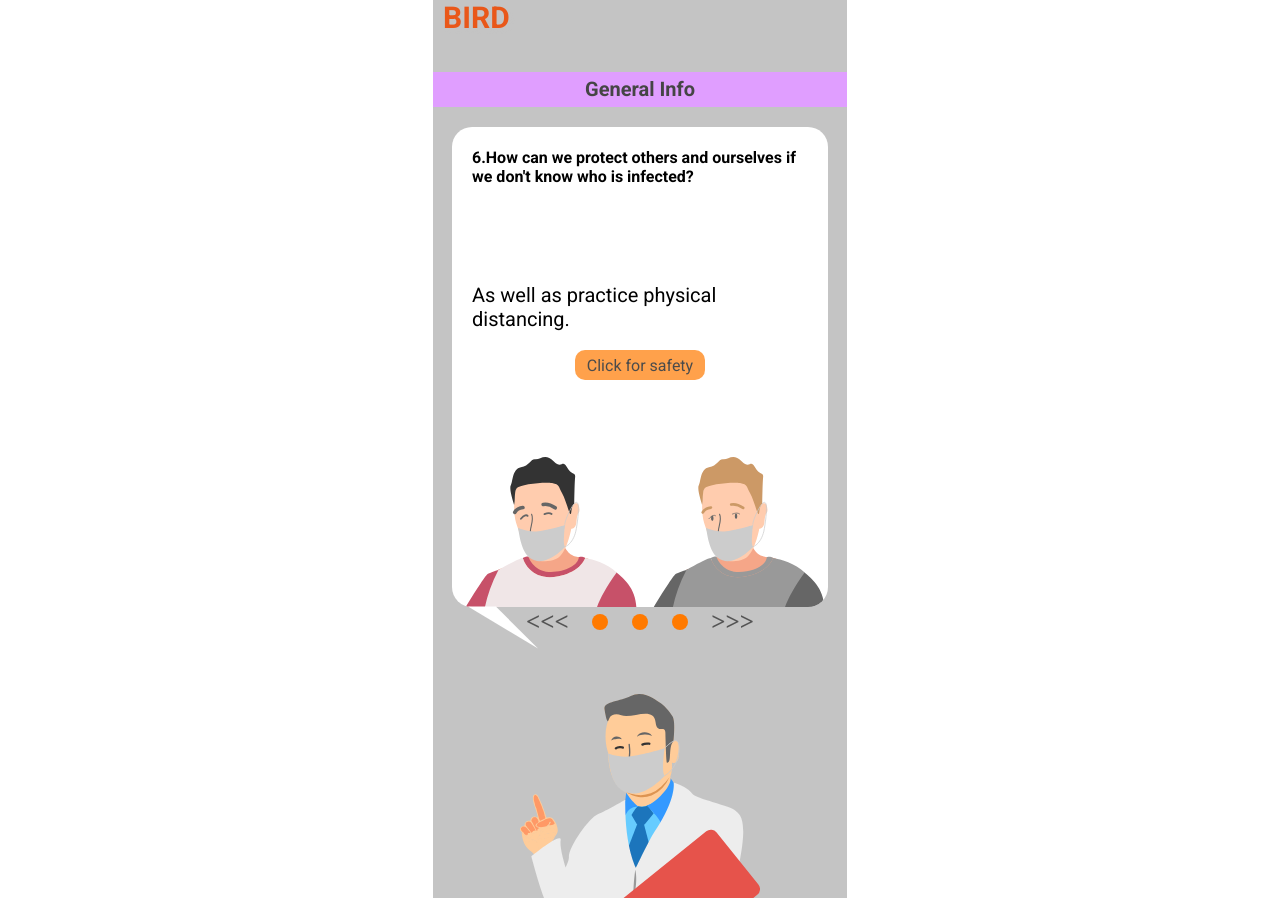
Repository: Levic559/BIRD
Page: General_info-6/3.html
An editor plug-in stored every save of this project. The page is shown before and after the next save, followed by the edit.
The browser window is 1280 px wide. The pictures show the whole page.

Above is the page before, as saved 2021-03-11 01:31:45.
Console error: TypeError: Cannot read properties of null (reading 'style')

After the next save:
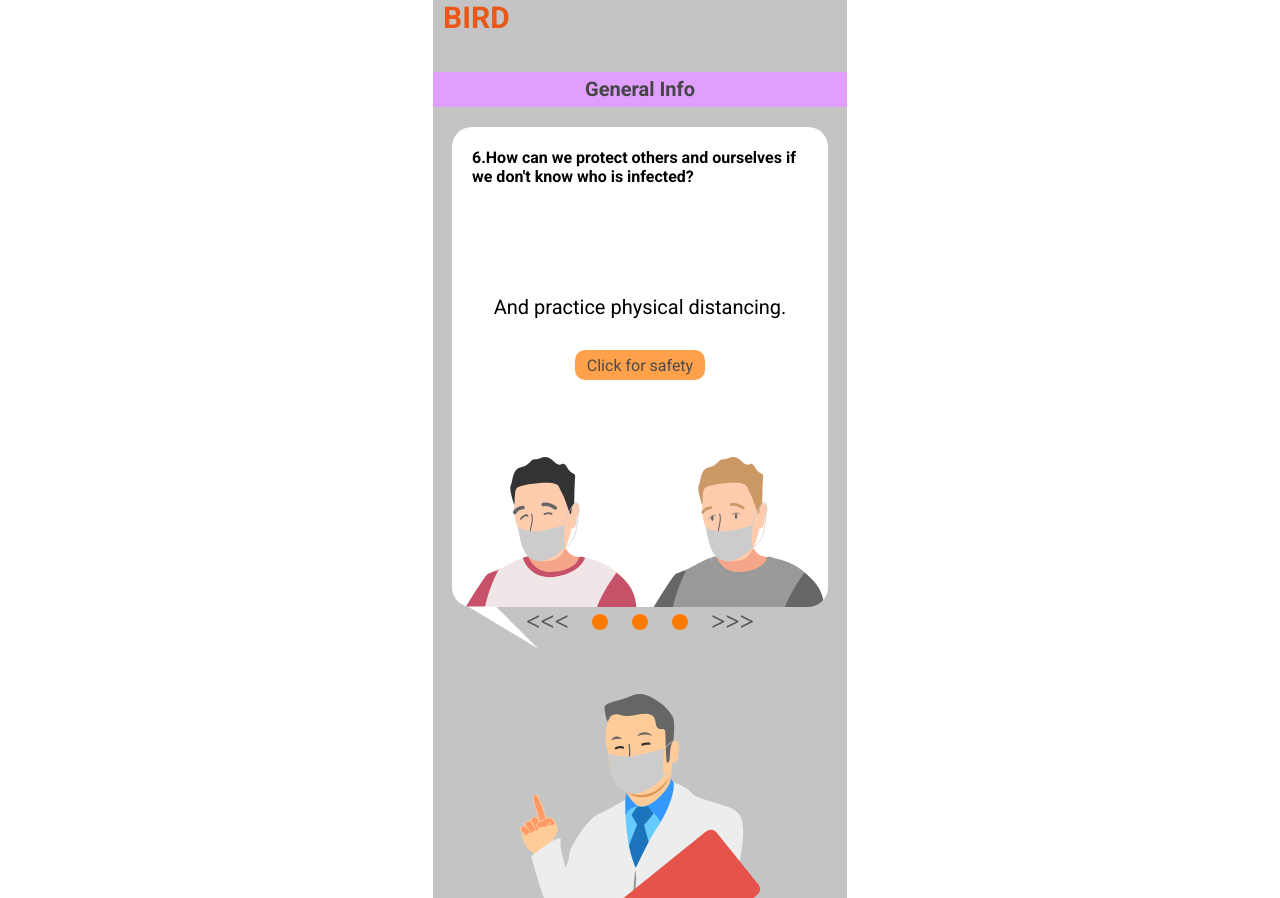
Saved 32 s later.
--- a/General_info-6/3.html
+++ b/General_info-6/3.html
@@ -19,7 +19,7 @@
           6.How can we protect others and ourselves if we don't know who is infected?
         </h4>
         <p class="infographicText">
-          As well as practice physical distancing.
+          And practice physical distancing.
         </p>
 
         <div class="scContainer">
